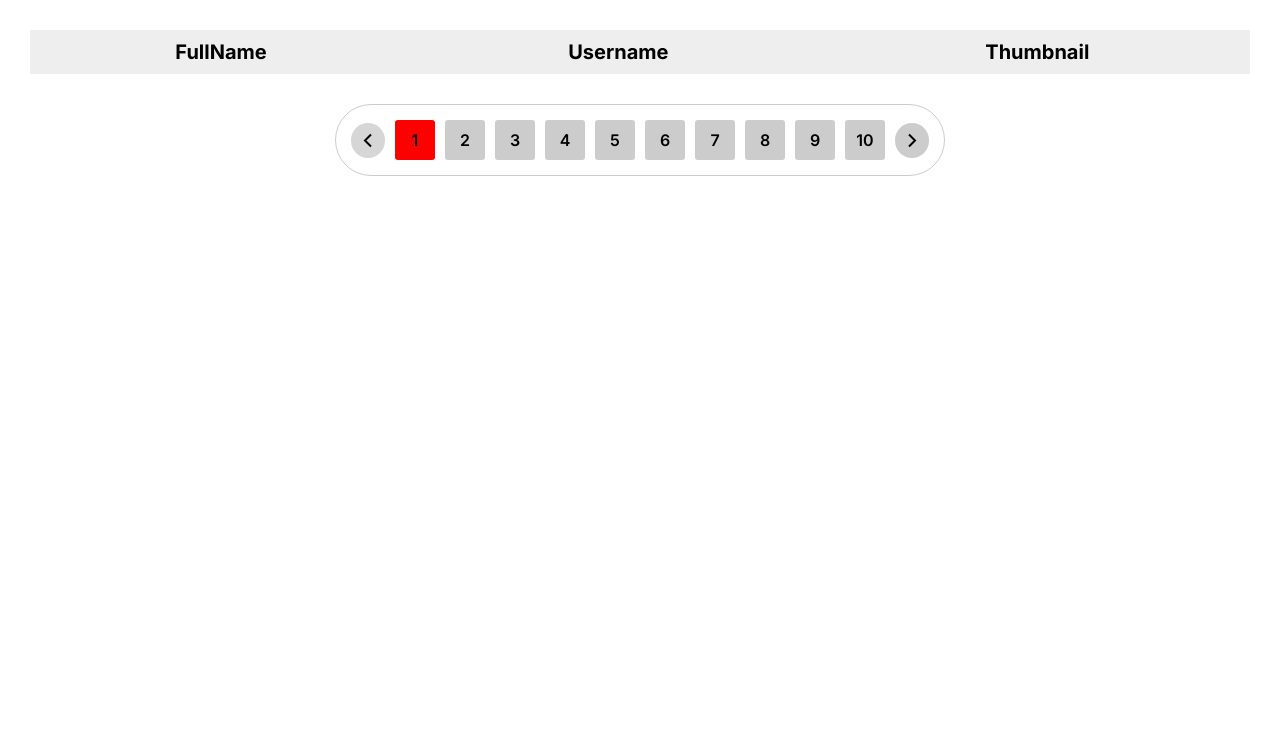
Repository: hoang0508/Test-FrontendReactJs-Twendee
Page: /
The author's editor kept a copy of each file at every save. The page is drawn from the files as they stood at one save, then again after the next save.
The browser window is 1280 px wide. The pictures show the whole page.
The page's requests for data from a server got no answer. The project was rebuilt for these pictures with package versions that can differ from the ones it lists, and the page was loaded fresh each time. No one was signed in, and anything a server would have sent is missing.

Above is the page before, as saved 2023-02-06 22:12:32.

After the next save:
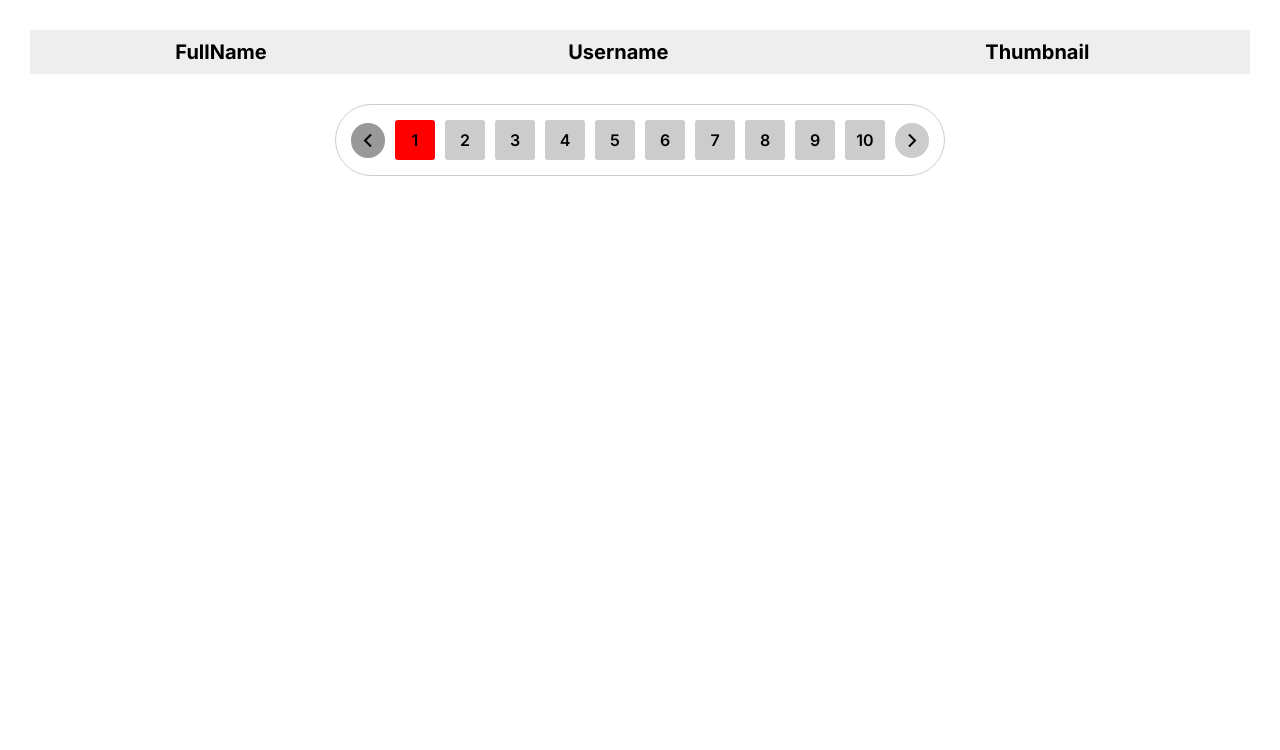
Saved 16 s later.
--- a/src/components/UserTable.scss
+++ b/src/components/UserTable.scss
@@ -72,7 +72,7 @@
     padding: 5px;
     border: 0;
     &:disabled {
-      background-color: #3333;
+      background-color: #999999;
     }
   }
   button.page-link {
